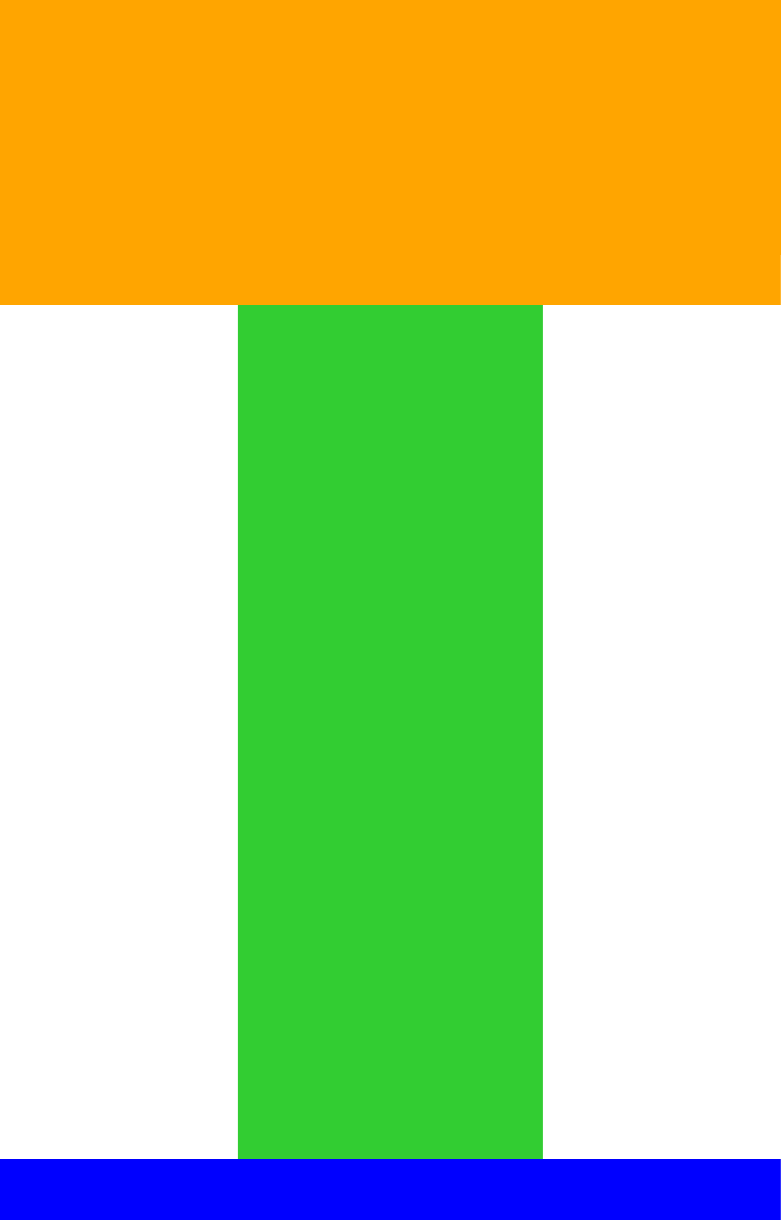
Repository: nashiworio1011/git-kadi1
Page: ennsyuu/chapter4.html
The author's editor kept a record of every edit. The page is drawn from the files as they stood at one moment, then again after the next edit.
The browser window is 1280 px wide. The pictures show the whole page, at 61% of full size.

Above is the page before.

### ennsyuu/chapter4.html
<!DOCTYPE html>
<html lang="ja">
  <head>
    <meta charset="UTF-8" />

    <link rel="stylesheet" href="chapter4.css" />
    <title>chapter4</title>
  </head>

  <body>
    <div class="header"></div>
    <div class="main-visual"></div>
    <div class="main">
      <div class="sidebar-left"></div>
      <div class="blog"></div>
      <div class="sidebar-right"></div>
    </div>
    <div class="footer"></div>
  </body>
</html>

### ennsyuu/chapter4.css

* {
  margin: 0;
  padding: 0;
  box-sizing: border-box;
}

.header {
  width: 100%; /* 横幅いっぱい */
  height: 500px; /* 高さ120px */
  background-color: orange; /* 背景色red */
}

.header-top {
  width: 100%; /* 横幅いっぱい */
  height: 50px; /* 高さ70px */
  background-color: red; /* 背景色hotpink */
}

.header-bottom {
  width: 100%; /* 横幅いっぱい */
  height: 500px; /* 高さ100px */
  background-color: orange /* 背景色pink */
}

.main {
  width: 960px; /* 横幅840px */
  height: 1400px;
  display: flex; /* Flexboxの利用 */
  justify-content: center; /* 子要素の横並び・中央寄せ */
  margin: 0 auto;
}

.blog {
  width: 500px; /* 横幅600px */
  height: 1400px; /* 高さ1400px */
  background-color: limegreen; /* 背景色limegreen */
}

.sidebar {
  width: 230px; /* 横幅240px */
  height: 1400px; /* 高さ1400px */
  background-color: palegreen; /* 背景色palegreen */
  padding: 230px;
}

.footer {
  width: 100%; /* 横幅いっぱい */
  height: 100px; /* 高さ120px */
  background-color: blue; /* 背景色blue */
}

After the next edit:
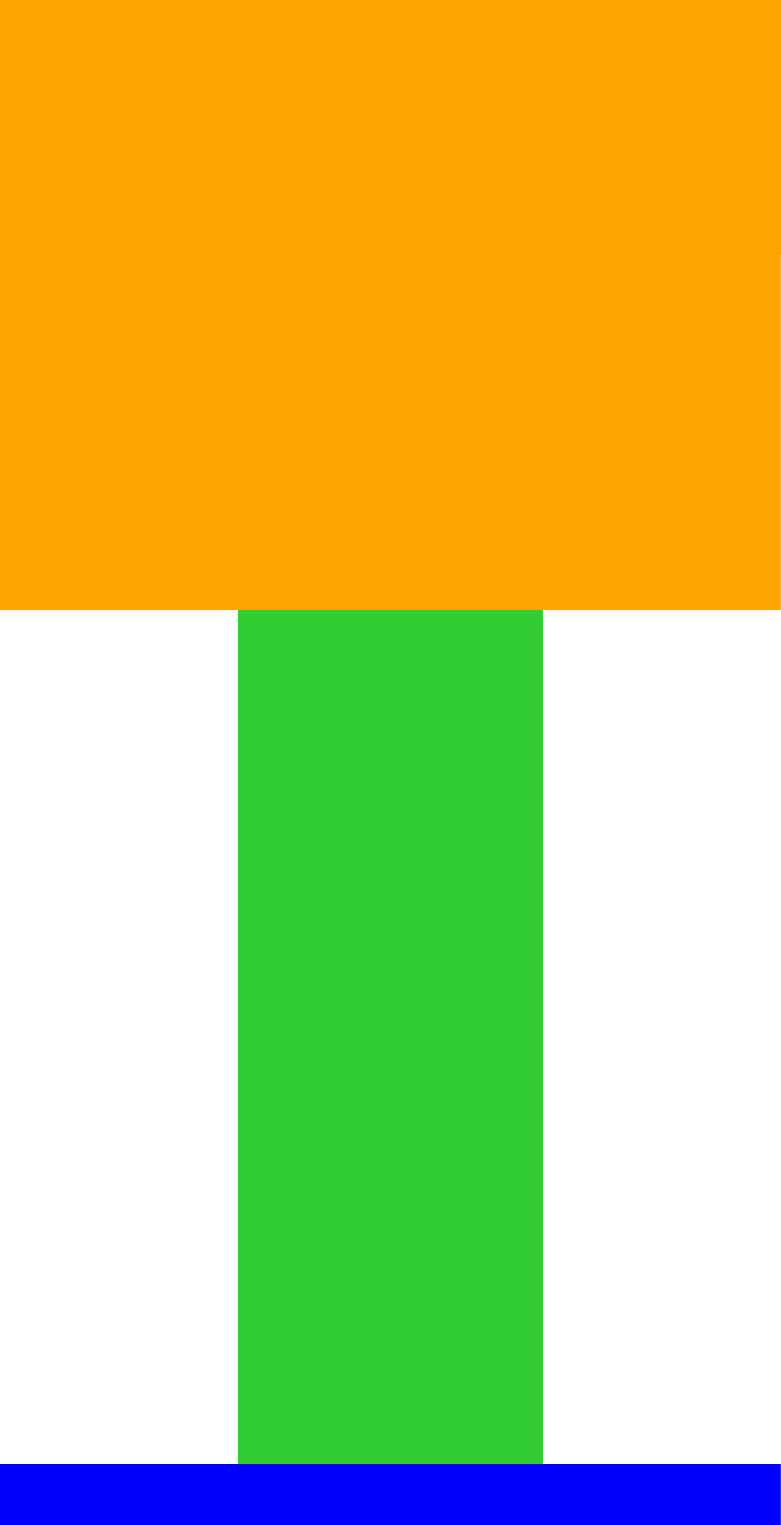
The edit:
--- a/ennsyuu/chapter4.css
+++ b/ennsyuu/chapter4.css
@@ -3,6 +3,12 @@
   margin: 0;
   padding: 0;
   box-sizing: border-box;
+}
+
+.main-visual {
+  width: 100%;
+  height:500px;
+  background-color: orange;
 }
 
 .header {
